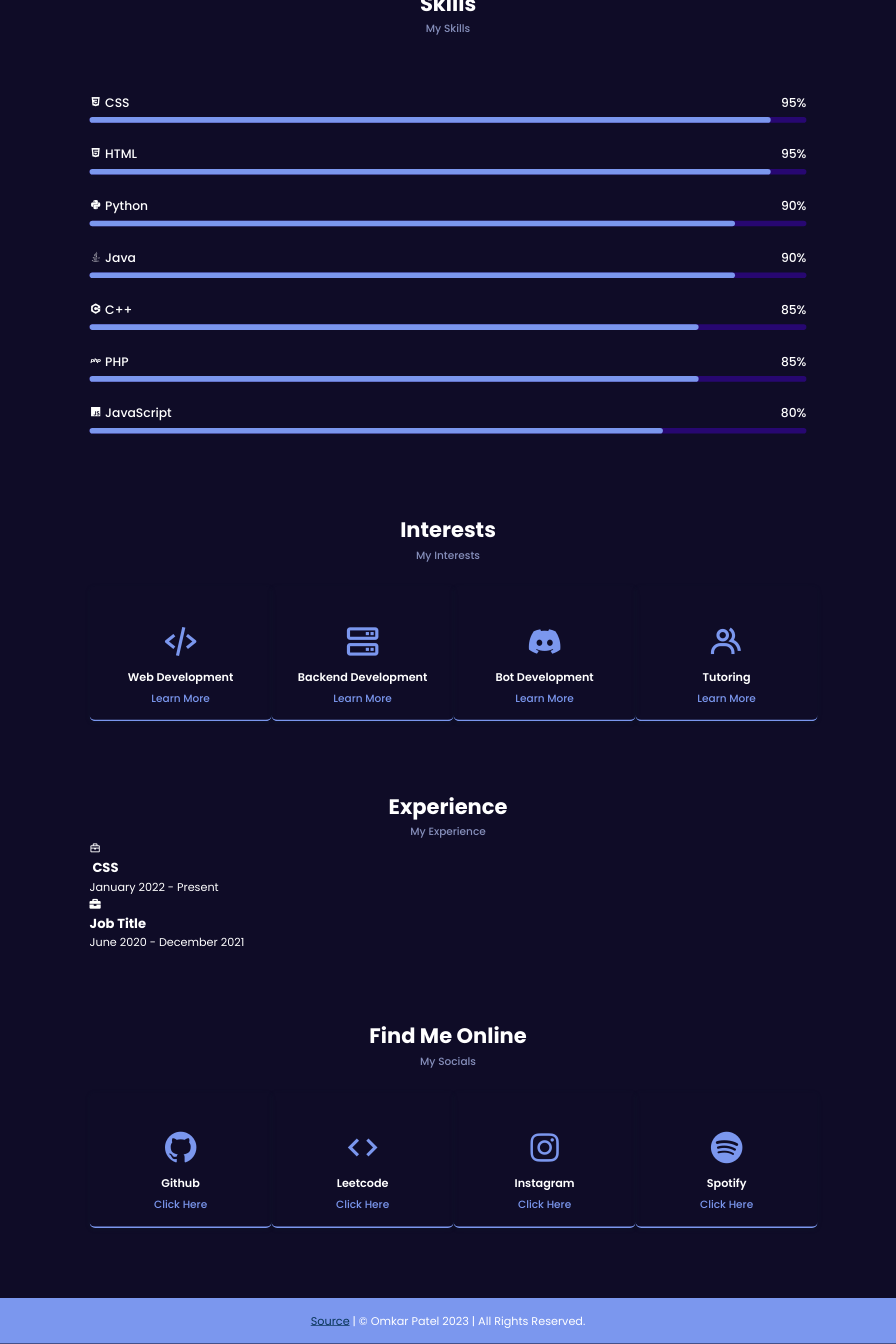
Repository: omkarxpatel/Omkar-Portfolio
Page: src/index.html
These files come from the project's save history. The page is drawn as it stood at one moment and after the next save; the edit follows.
The browser window is 1280 px wide. The pictures show the part of the page from y = 1335 to 3255 px (the page is 3255 px tall before and 3230 px after), at 70% of full size.
A picture or video elsewhere on the page could not be fetched, so the positions and the page height are approximate.

Above is the page before, as saved 2023-03-26 12:57:22.

After the next save:
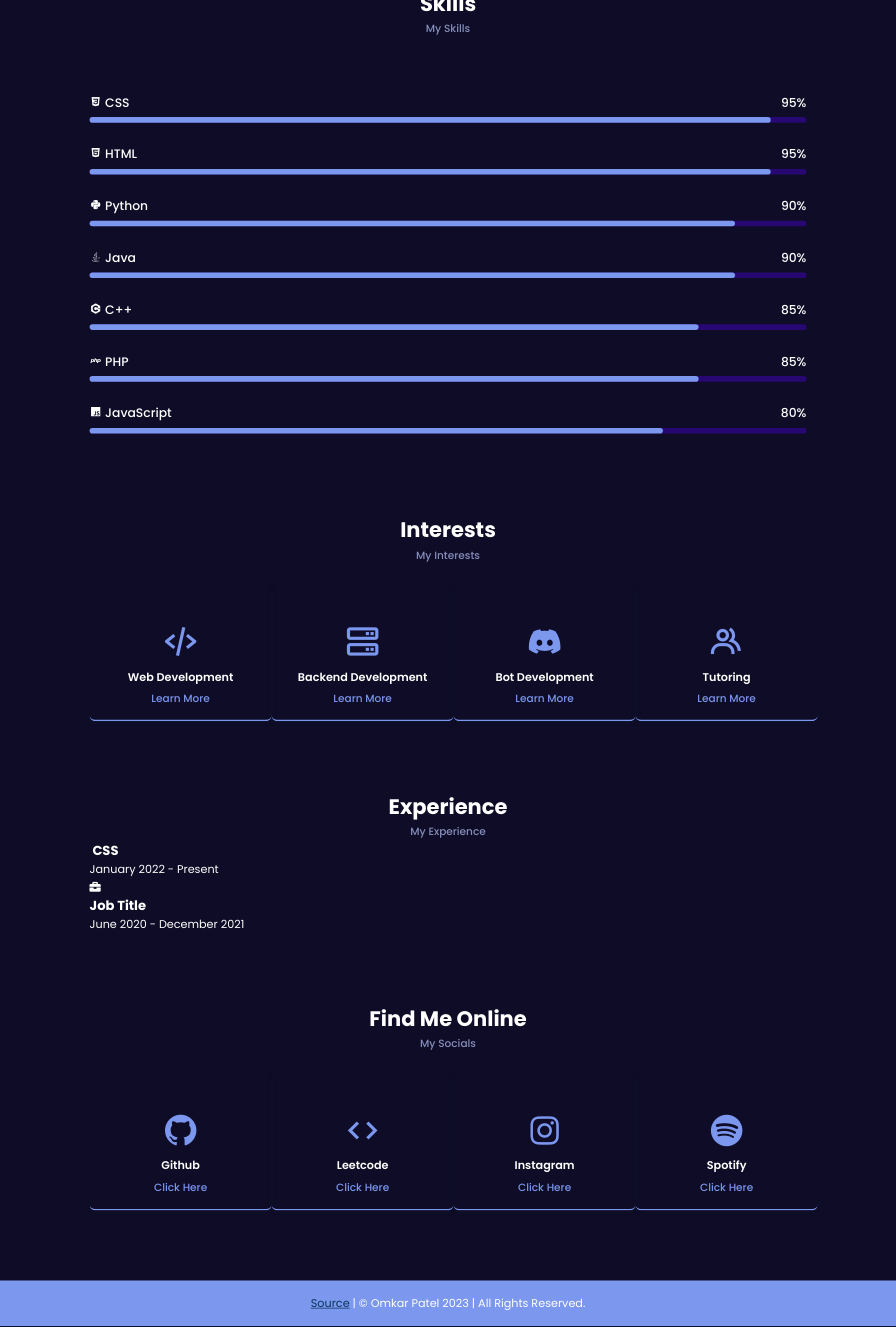
Saved 10 s later.
--- a/src/index.html
+++ b/src/index.html
@@ -253,9 +253,6 @@
 
   <div class="timeline">
     <div class="timeline-item">
-      <div class="timeline-icon">
-        <i class="bx bx-briefcase"></i>
-      </div>
       <div class="timeline-content">
         <h3><i class="bx bx-breifcase"></i> CSS</h3>
         <p class="timeline-date">January 2022 - Present</p>
